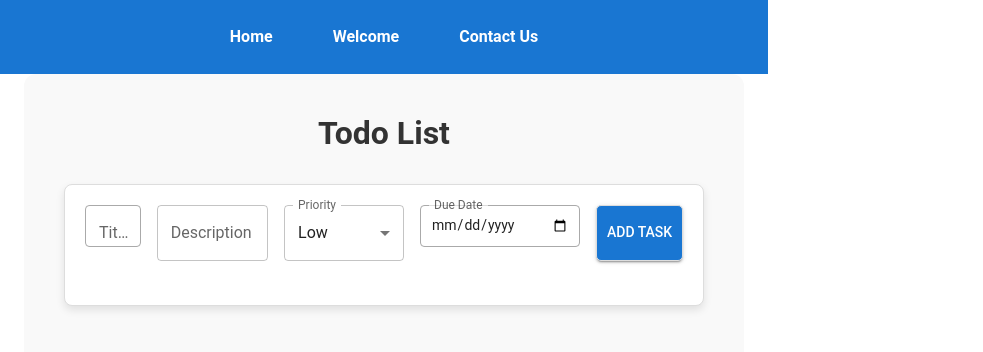
Repository: HPNChanel/Todo-List-Web-App
Page: / (app in frontend/todolist/)
An editor plug-in stored every save of this project. The page is shown before and after the next save, followed by the edit.
The browser window is 768 px wide. The page is 768 px wide, then 983 px, so the pictures cover 983 px, including what lies to the right of the window. The pictures show the whole page.
The page's requests for data from a server got no answer. The project was rebuilt for these pictures with package versions that can differ from the ones it lists, and the page was loaded fresh each time. No one was signed in, and anything a server would have sent is missing. Also part of the build but not shown: frontend/todolist/src/styles/TaskItem.css, frontend/todolist/src/components/TaskItem.js, frontend/todolist/src/styles/WelcomePage.css, frontend/todolist/src/pages/WelcomePage.js, frontend/todolist/src/styles/NotFound.css, frontend/todolist/src/pages/NotFound.js. Imported but missing from the stored project, and not drawn on this page: frontend/todolist/src/components/ContactUs.

Above is the page before, as saved 2024-11-05 10:05:13.

### frontend/todolist/src/App.js
// src/App.js
import React from 'react';
import { BrowserRouter as Router, Routes, Route } from 'react-router-dom';
import { TaskProvider } from './contexts/TaskContext';
import TaskList from './components/TaskList';
import NavBar from './components/NavBar';
import WelcomePage from './pages/WelcomePage';
import ContactUs from './components/ContactUs';
import { Container, CssBaseline, ThemeProvider, createTheme } from '@mui/material';
import NotFound from './pages/NotFound';

const theme = createTheme({
    palette: {
        primary: {
            main: '#1976d2',
        },
        secondary: {
            main: '#f50057',
        },
    },
    typography: {
        fontFamily: 'Roboto, Arial, sans-serif',
    },
});

function App() {
    return (
        <ThemeProvider theme={theme}>
            <CssBaseline />
            <TaskProvider>
                <Router>
                    <NavBar />
                    <Container>
                        <Routes>
                            <Route path="/" element={<TaskList />} />
                            <Route path="/welcome" element={<WelcomePage />} />
                            <Route path="/contact" element={<ContactUs />} />
                            <Route path="*" element={<NotFound />} />
                        </Routes>
                    </Container>
                </Router>
            </TaskProvider>
        </ThemeProvider>
    );
}

export default App;

### frontend/todolist/src/contexts/TaskContext.js
import React, { createContext, useState, useEffect } from 'react';
import { getTasks, createTask, updateTask, deleteTask } from '../api/TaskApi';

export const TaskContext = createContext();

export const TaskProvider = ({ children }) => {
  const [tasks, setTasks] = useState([]);

  useEffect(() => {
    fetchTasks();
  }, []);

  const fetchTasks = async () => {
    const data = await getTasks();
    setTasks(data);
  };

  const addTask = async (task) => {
    const newTask = await createTask(task);
    setTasks([...tasks, newTask]);
  };

  const editTask = async (id, updatedTask) => {
    const task = await updateTask(id, updatedTask);
    setTasks(tasks.map((t) => (t.id === task.id ? task : t)));
  };

  const removeTask = async (id) => {
    await deleteTask(id);
    setTasks(tasks.filter((t) => t.id !== id));
  };

  return (
    <TaskContext.Provider value={{ tasks, addTask, editTask, removeTask }}>
      {children}
    </TaskContext.Provider>
  );
};

### frontend/todolist/src/components/TaskList.js
// src/components/TaskList.js
import React, { useState } from 'react';
import { Grid, Typography } from '@mui/material';
import TaskItem from './TaskItem';
import TaskForm from './TaskForm';
import useTasks from '../hooks/useTasks';
import '../styles/TaskList.css';

function TaskList() {
    const { tasks } = useTasks();
    const [taskToEdit, setTaskToEdit] = useState(null);

    const handleEdit = (task) => {
        setTaskToEdit(task);
    };

    const clearTaskToEdit = () => {
        setTaskToEdit(null);
    };

    return (
        <div className="task-list">
            <Typography variant="h4" gutterBottom>Todo List</Typography>
            <TaskForm taskToEdit={taskToEdit} clearTaskToEdit={clearTaskToEdit} />
            <Grid container spacing={2} className="task-grid">
                {tasks.map((task) => (
                    <Grid item xs={12} sm={6} md={4} key={task.id}>
                        <TaskItem task={task} onEdit={handleEdit} />
                    </Grid>
                ))}
            </Grid>
        </div>
    );
}

export default TaskList;

### frontend/todolist/src/components/NavBar.js
// src/components/NavBar.js
import React from 'react';
import { Link } from 'react-router-dom';
import '../styles/NavBar.css';

const NavBar = () => (
    <nav className="nav-bar">
        <Link to="/">Home</Link>
        <Link to="/welcome">Welcome</Link>
        <Link to="/contact">Contact Us</Link>
    </nav>
);

export default NavBar;

### frontend/todolist/src/api/TaskApi.js
import axios from 'axios';

const API_URL = 'http://localhost:8000/api/tasks/';

//* Declare API Function for tasks

export const getTasks = async () => {
  const response = await axios.get(API_URL);
  return response.data;
};

export const createTask = async (task) => {
  const response = await axios.post(API_URL, task);
  return response.data;
};

export const updateTask = async (id, task) => {
  const response = await axios.put(`${API_URL}${id}/`, task)
  return response.data;
};

export const deleteTask = async (id) => {
  await axios.delete(`${API_URL}${id}/`)
}

### frontend/todolist/src/components/TaskForm.js
// src/components/TaskForm.js
import React, { useState, useEffect } from 'react';
import { TextField, Button, MenuItem, Box } from '@mui/material';
import { motion } from 'framer-motion';
import useTasks from '../hooks/useTasks';
import '../styles/TaskForm.css';

function TaskForm({ taskToEdit, clearTaskToEdit }) {
    const { addTask, editTask } = useTasks();
    const [title, setTitle] = useState(taskToEdit?.title || '');
    const [description, setDescription] = useState(taskToEdit?.description || '');
    const [priority, setPriority] = useState(taskToEdit?.priority || 1);
    const [dueDate, setDueDate] = useState(taskToEdit?.due_date || '');

    useEffect(() => {
        if (taskToEdit) {
            setTitle(taskToEdit.title);
            setDescription(taskToEdit.description);
            setPriority(taskToEdit.priority);
            setDueDate(taskToEdit.due_date);
        }
    }, [taskToEdit]);

    const handleSubmit = (e) => {
        e.preventDefault();
        const taskData = { title, description, priority, due_date: dueDate };
        if (taskToEdit) {
            editTask(taskToEdit.id, taskData);
            clearTaskToEdit();
        } else {
            addTask(taskData);
        }
        setTitle('');
        setDescription('');
        setPriority(1);
        setDueDate('');
    };

    return (
        <motion.div
            className="task-form"
            initial={{ opacity: 0, y: -20 }}
            animate={{ opacity: 1, y: 0 }}
            transition={{ duration: 0.5 }}
        >
            <Box component="form" onSubmit={handleSubmit} sx={{ display: 'flex', gap: 2, mb: 3 }}>
                <TextField
                    label="Title"
                    variant="outlined"
                    value={title}
                    onChange={(e) => setTitle(e.target.value)}
                    required
                    sx={{ flex: 1 }}
                />
                <TextField
                    label="Description"
                    variant="outlined"
                    multiline
                    maxRows={4}
                    value={description}
                    onChange={(e) => setDescription(e.target.value)}
                    sx={{ flex: 2 }}
                />
                <TextField
                    select
                    label="Priority"
                    variant="outlined"
                    value={priority}
                    onChange={(e) => setPriority(e.target.value)}
                    sx={{ width: 120 }}
                >
                    <MenuItem value={1}>Low</MenuItem>
                    <MenuItem value={2}>Medium</MenuItem>
                    <MenuItem value={3}>High</MenuItem>
                </TextField>
                <TextField
                    label="Due Date"
                    type="date"
                    InputLabelProps={{ shrink: true }}
                    value={dueDate}
                    onChange={(e) => setDueDate(e.target.value)}
                    sx={{ width: 160 }}
                />
                <Button type="submit" variant="contained" color="primary">
                    {taskToEdit ? "Update Task" : "Add Task"}
                </Button>
            </Box>
        </motion.div>
    );
}

export default TaskForm;

### frontend/todolist/src/hooks/useTasks.js
import { useContext } from "react";
import { TaskContext } from "../contexts/TaskContext";

const useTasks = () => {
  return useContext(TaskContext);
};

export default useTasks;

### frontend/todolist/src/styles/TaskList.css
.task-list {
  padding: 40px;
  background-color: #f9f9f9;
  border-radius: 12px;
  margin: auto;
  box-sizing: border-box;
}

.task-list h4 {
  text-align: center;
  margin-bottom: 30px;
  font-size: 2em;
  color: #333;
  font-weight: bold;
}

.task-list .task-grid {
  display: grid;
  grid-template-columns: repeat(auto-fill, minmax(300px, 1fr));
  gap: 20px; /* Tăng khoảng cách giữa các card */
  justify-items: center;
  padding: 10px;
  box-sizing: border-box;
}

@media (max-width: 768px) {
  .task-list .task-grid {
      grid-template-columns: 1fr; /* Đổi thành 1 cột trên màn hình nhỏ */
  }
}

### frontend/todolist/src/styles/NavBar.css
.nav-bar {
  display: flex;
  justify-content: center;
  gap: 20px;
  padding: 15px 0;
  background-color: #1976d2;
  color: white;
}

.nav-bar a {
  color: white;
  text-decoration: none;
  font-weight: bold;
  padding: 10px 20px;
  border-radius: 5px;
  transition: background-color 0.3s ease;
}

.nav-bar a:hover {
  background-color: #0056b3;
}

### frontend/todolist/src/styles/TaskForm.css
.task-form {
  display: flex;
  flex-wrap: wrap;
  gap: 10px;
  margin-bottom: 30px;
  padding: 20px;
  border: 1px solid #ddd;
  border-radius: 8px;
  background-color: #ffffff;
  box-shadow: 0 4px 8px rgba(0, 0, 0, 0.1);
  max-width: 100%;
  box-sizing: border-box;
  justify-content: center; /* Canh giữa nội dung */
}

.task-form input,
.task-form select,
.task-form button {
  padding: 10px;
  border-radius: 5px;
  border: 1px solid #ddd;
  font-size: 14px;
  flex: 1;
}

.task-form button {
  background-color: #1976d2;
  color: white;
  cursor: pointer;
  transition: background-color 0.3s ease;
  flex: 0 0 auto;
}

.task-form button:hover {
  background-color: #0056b3;
}

@media (max-width: 768px) {
  .task-form {
      flex-direction: column; /* Hiển thị dạng cột cho màn hình nhỏ */
      align-items: stretch;
  }
}

Loaded but not shown: frontend/todolist/public/index.html (common file); frontend/todolist/src/index.js (common file); frontend/todolist/src/index.css (common file); frontend/todolist/tailwind.config.js (common file)

After the next save:
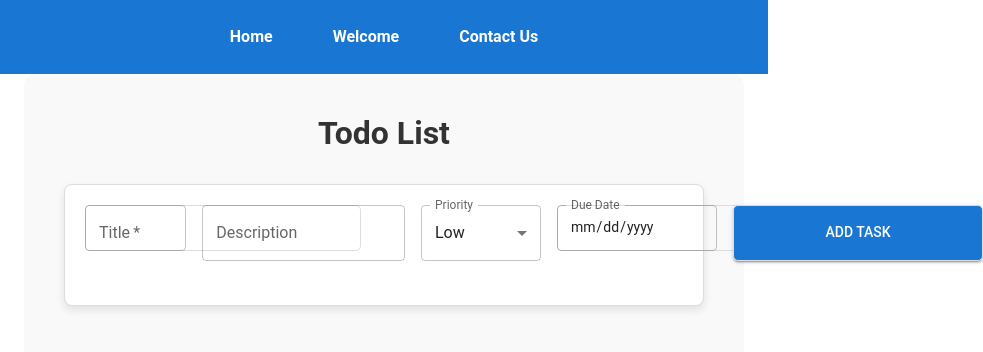
Saved 6 min 34 s later.
--- a/frontend/todolist/src/styles/TaskForm.css
+++ b/frontend/todolist/src/styles/TaskForm.css
@@ -1,26 +1,27 @@
 .task-form {
   display: flex;
   flex-wrap: wrap;
-  gap: 10px;
+  gap: 15px;
   margin-bottom: 30px;
   padding: 20px;
   border: 1px solid #ddd;
   border-radius: 8px;
   background-color: #ffffff;
   box-shadow: 0 4px 8px rgba(0, 0, 0, 0.1);
-  max-width: 100%;
+  width: 100%; /* Sử dụng toàn bộ chiều rộng có sẵn */
   box-sizing: border-box;
-  justify-content: center; /* Canh giữa nội dung */
+  justify-content: space-between;
 }
 
 .task-form input,
 .task-form select,
 .task-form button {
-  padding: 10px;
+  padding: 12px;
   border-radius: 5px;
   border: 1px solid #ddd;
   font-size: 14px;
   flex: 1;
+  min-width: 250px; /* Tối thiểu 250px để có không gian nhập đủ */
 }
 
 .task-form button {
@@ -37,7 +38,7 @@
 
 @media (max-width: 768px) {
   .task-form {
-      flex-direction: column; /* Hiển thị dạng cột cho màn hình nhỏ */
+      flex-direction: column; /* Hiển thị dạng cột trên màn hình nhỏ */
       align-items: stretch;
   }
 }
